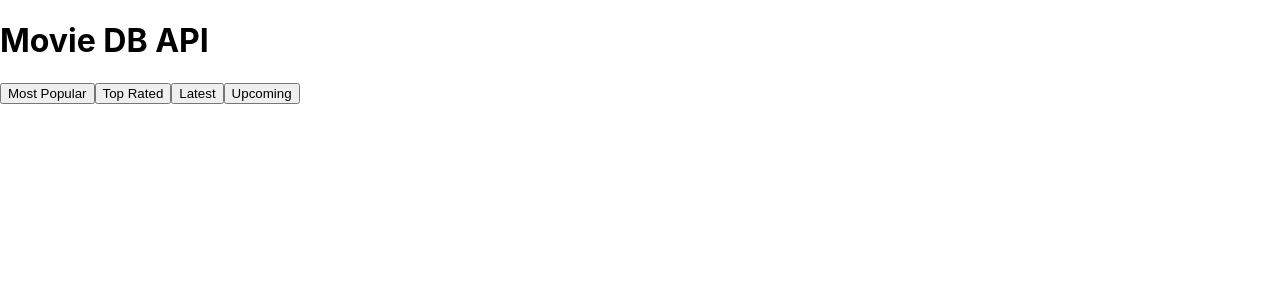
Repository: chaampavictor/moviedbapi
Page: /
An editor plug-in stored every save of this project. The page is shown before and after the next save, followed by the edit.
The browser window is 1280 px wide. The pictures show the whole page.
The page's requests for data from a server got no answer. The project was rebuilt for these pictures with package versions that can differ from the ones it lists, and the page was loaded fresh each time. No one was signed in, and anything a server would have sent is missing.

Above is the page before, as saved 2022-01-13 07:47:58.

After the next save:
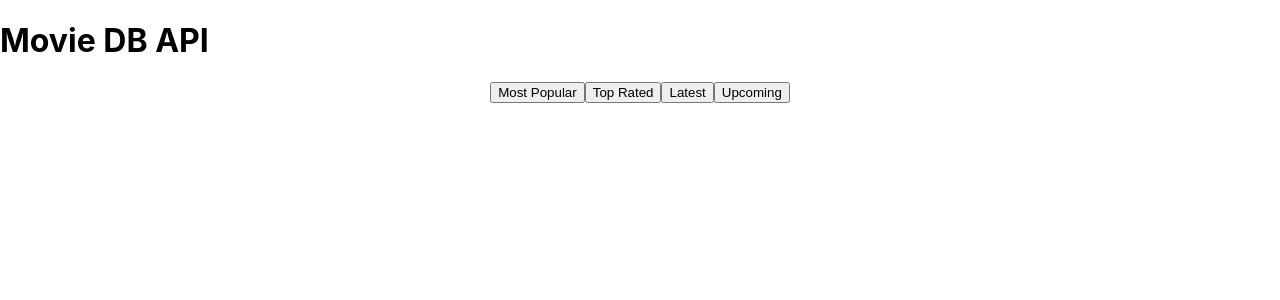
Saved 90 s later.
--- a/src/App.js
+++ b/src/App.js
@@ -25,7 +25,13 @@ function App() {
     <div className="App">
       <h1>Movie DB API</h1>
       <header>
-        <div className="grid">
+        <div
+          style={{
+            display: "flex",
+            justifyContent: "center",
+            alignItems: "center",
+          }}
+        >
           <button>Most Popular</button>
           <button>Top Rated</button>
           <button> Latest</button>
